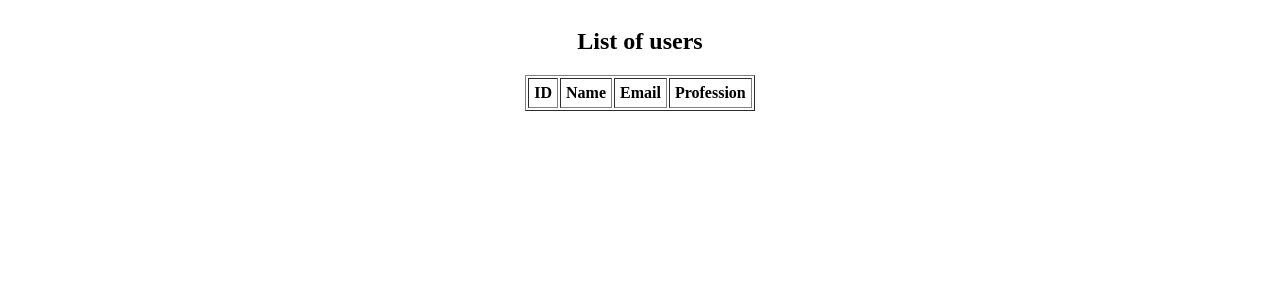
Repository: aishwaryan14/JavaProject
Page: http://localhost/StudentBuddy/list.jsp
These files come from the project's save history. The page is drawn as it stood at one moment and after the next save; the edit follows.
The browser window is 1280 px wide. The pictures show the whole page.
The page is served by Tomcat 9. Queries for data that is not in the repository find no rows.

Above is the page before, as saved 2020-04-24 17:20:04.

After the next save:
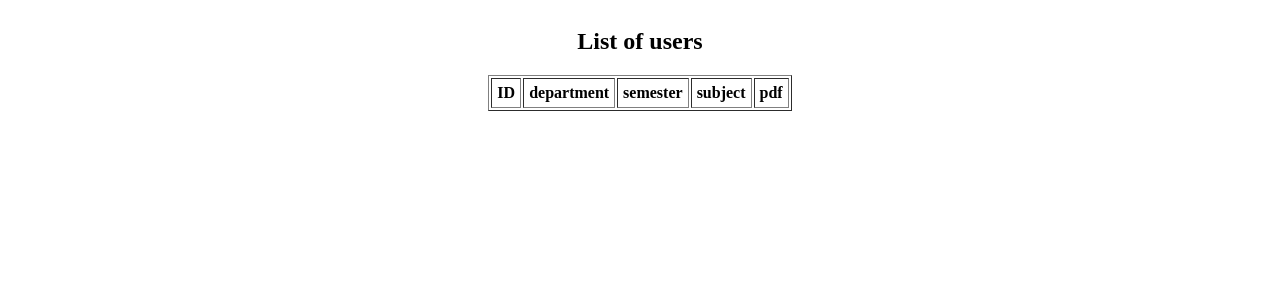
Saved 2 min 48 s later.
--- a/FinalJava/StudentBuddy/WebContent/list.jsp
+++ b/FinalJava/StudentBuddy/WebContent/list.jsp
@@ -18,7 +18,7 @@
     />
 
     <sql:query var="listUsers"   dataSource="${myDS}">
-        SELECT * FROM users;
+        SELECT * FROM final;
     </sql:query>
 
     <div align="center">
@@ -26,16 +26,19 @@
             <caption><h2>List of users</h2></caption>
             <tr>
                 <th>ID</th>
-                <th>Name</th>
-                <th>Email</th>
-                <th>Profession</th>
+                <th>department</th>
+                <th>semester</th>
+                <th>subject</th>
+                <th>pdf</th>
+
             </tr>
             <c:forEach var="user" items="${listUsers.rows}">
                 <tr>
                     <td><c:out value="${user.id}" /></td>
-                    <td><c:out value="${user.name}" /></td>
-                    <td><c:out value="${user.email}" /></td>
-                    <td><c:out value="${user.profession}" /></td>
+                    <td><c:out value="${user.deparment}" /></td>
+                    <td><c:out value="${user.semester}" /></td>
+                    <td><c:out value="${user.subject}" /></td>
+                    <td><c:out value="${user.file}" /></td>
                 </tr>
             </c:forEach>
         </table>
